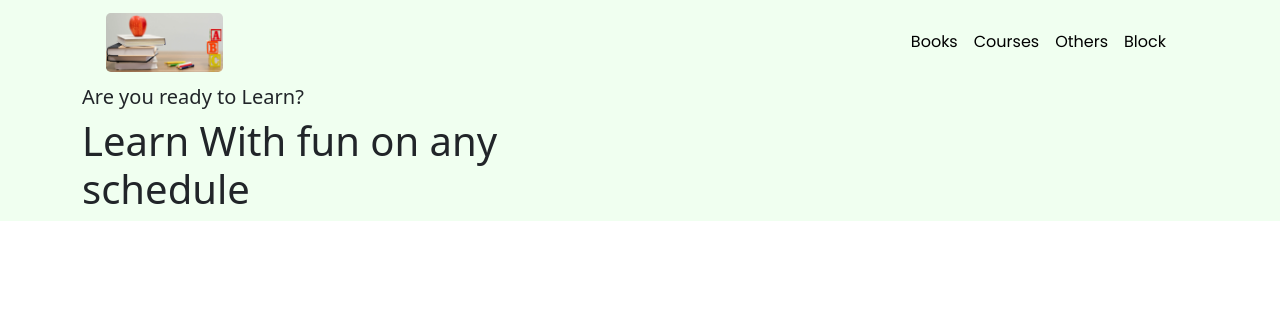
Repository: zjria/Figma-to-E-school
Page: index.html
An editor plug-in stored every save of this project. The page is shown before and after the next save, followed by the edit.
The browser window is 1280 px wide. The pictures show the whole page.
Some web libraries are served in a nearby version.

Above is the page before, as saved 2022-05-06 15:10:49.

### index.html
<!doctype html>
<html lang="en">
  <head>
    <!-- Required meta tags -->
    <meta charset="utf-8">
    <meta name="viewport" content="width=device-width, initial-scale=1">
    <title>E-School</title>

    <!-- Google Font family -->
    <link rel="preconnect" href="https://fonts.googleapis.com">
    <link rel="preconnect" href="https://fonts.gstatic.com" crossorigin>
    <link href="https://fonts.googleapis.com/css2?family=Poppins:wght@100;300;400;500;600;700;800;900&display=swap" rel="stylesheet">
    <!-- Bootstrap CSS -->
    <link href="https://cdn.jsdelivr.net/npm/bootstrap@5.0.2/dist/css/bootstrap.min.css" rel="stylesheet">
    <!-- Font awesome -->
    <link rel="stylesheet" href="https://cdnjs.cloudflare.com/ajax/libs/font-awesome/6.1.1/css/all.min.css">
    <!-- custom css -->
    <link rel="stylesheet" href="style.css">
  </head>
  <body>
    <section class="hero-section">
        <div class="container">
            <div class="row">
                <nav class="navbar navbar-expand-md navbar-light">
                    <div class="container-fluid">
                      <a class="navbar-brand" href="#"><img class="img-fluid rounded-3" src="images/logo.png" alt=""></a>
                      <button class="navbar-toggler" type="button" data-bs-toggle="collapse" data-bs-target="#navbarSupportedContent" aria-controls="navbarSupportedContent" aria-expanded="false" aria-label="Toggle navigation">
                        <span class="navbar-toggler-icon"></span>
                      </button>
                      <div class="collapse navbar-collapse" id="navbarSupportedContent">
                        <ul class="navbar-nav me-auto mb-2 mb-lg-0">
                          <li class="nav-item">
                            <a class="nav-link" href="#">Books</a>
                          </li>
                          <li class="nav-item">
                            <a class="nav-link" href="#">Courses</a>
                          </li>
                          <li class="nav-item">
                            <a class="nav-link" href="#">Others</a>
                          </li>
                          <li class="nav-item">
                            <a class="nav-link" href="#">Block</a>
                          </li>
                        </ul>

                      </div>
                    </div>
                  </nav>
            </div>

            <div class="row">
              <div class="col-md-6">
                <h5>Are you ready to Learn?</h5>
                <h1>Learn With fun on any schedule</h1>
              </div>
              <div class="col-md-6"></div>
            </div>
        </div>
    </section>










    <!-- Option 1: Bootstrap Bundle with Popper -->
    <script src="https://cdn.jsdelivr.net/npm/bootstrap@5.0.2/dist/js/bootstrap.bundle.min.js"></script>
  </body>
</html>

### style.css
/* font-family: 'Poppins', sans-serif; */
.hero-section{
    background: #F0FFF0;
}
.navbar-light .navbar-nav .nav-link {
    color: rgb(0, 0, 0);
    font-family: 'Poppins', sans-serif;
    font-style: normal;
    font-weight: 400;
    font-size: 16px;
    line-height: 24px;
}
.navbar-light .navbar-nav .nav-link:hover {
    color: #C2B49D;
}
.navbar-brand img{
    width: 15%;
}

After the next save:
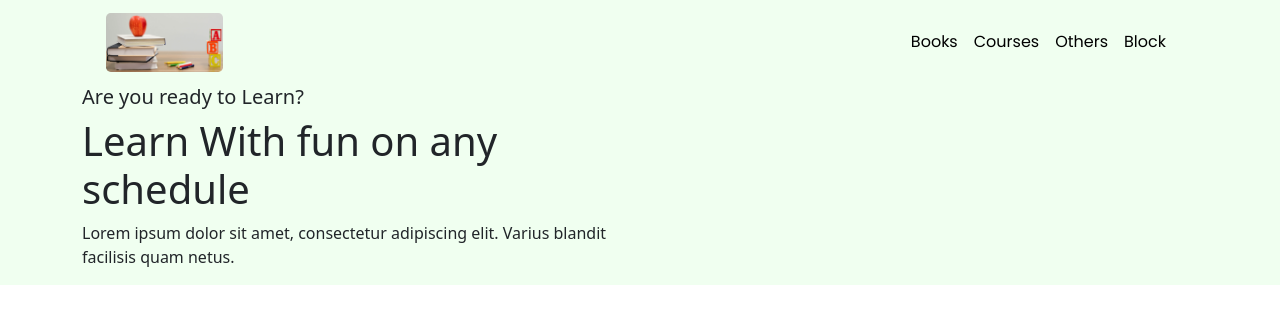
Saved 18 s later.
--- a/index.html
+++ b/index.html
@@ -52,6 +52,7 @@
               <div class="col-md-6">
                 <h5>Are you ready to Learn?</h5>
                 <h1>Learn With fun on any schedule</h1>
+                <p>Lorem ipsum dolor sit amet, consectetur adipiscing elit. Varius blandit facilisis quam netus.</p>
               </div>
               <div class="col-md-6"></div>
             </div>
